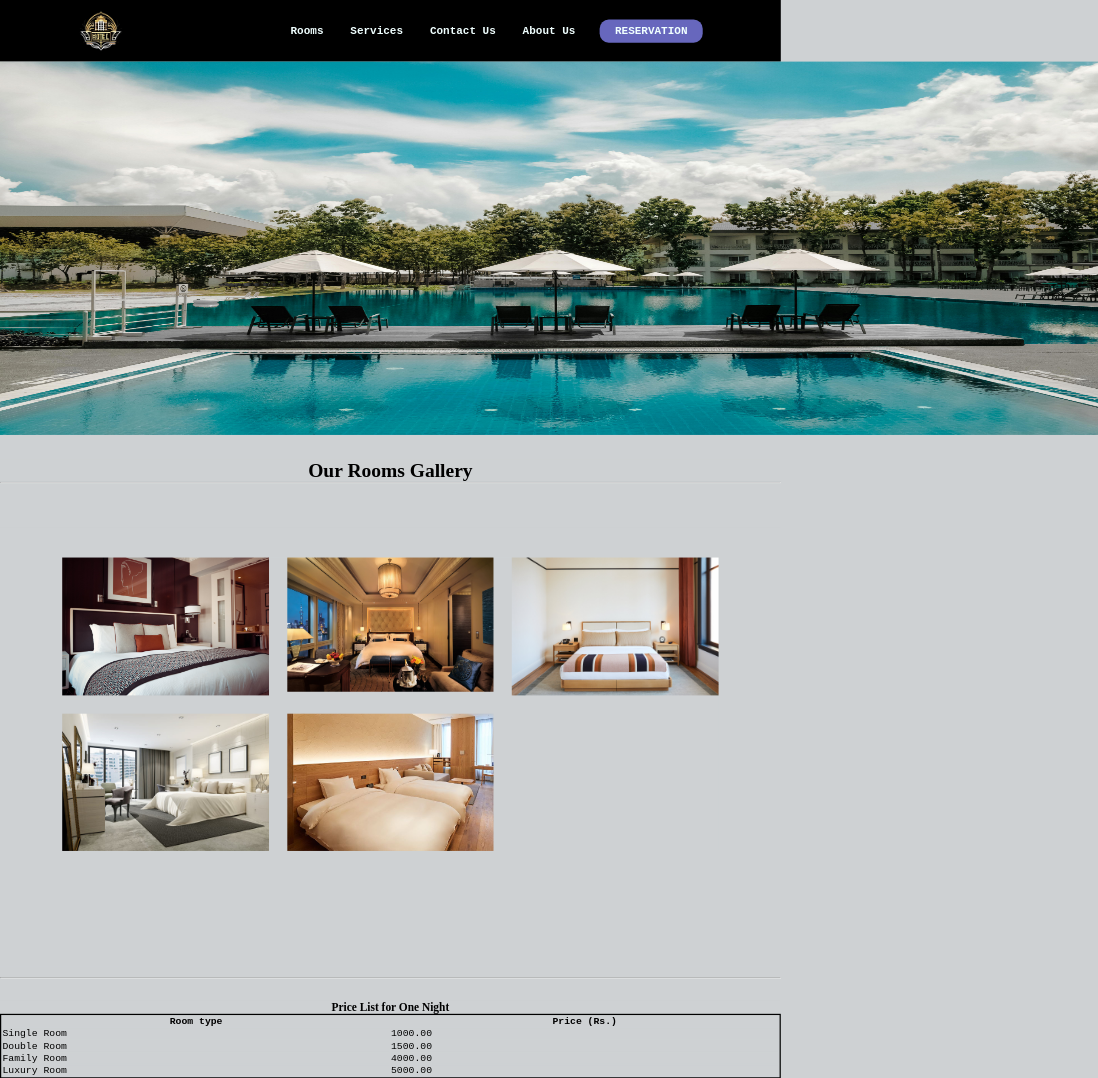
Repository: DhananjayaLakshan/Uom-Web_Design_For_Beginners
Page: Final Assignment/index.html
An editor plug-in stored every save of this project. The page is shown before and after the next save, followed by the edit.
The browser window is 1280 px wide. The page is 1800 px wide, so the pictures cover 1800 px, including what lies to the right of the window. The pictures show the whole page, at 61% of full size.

Above is the page before, as saved 2023-11-29 14:56:34.

### Final Assignment/index.html
<!DOCTYPE html>
<html lang="en">

<head>
    <meta charset="UTF-8">
    <meta name="viewport" content="width=device-width, initial-scale=1.0">
    <title>Ceylon Hotel</title>

    <link rel="stylesheet" href="style.css">
    <script src="script.js"></script>
</head>

<body>

    <header>
        <img class="logo" src="img/logo.png" alt="logo">

        <nav>
            <ul class="navBar">
                <li>
                    <a href="#"> Rooms</a>
                </li>

                <li>
                    <a href="#"> Services</a>
                </li>

                <li>
                    <a href="#"> Contact Us</a>
                </li>

                <li>
                    <a href="#"> About Us</a>
                </li>
            </ul>
        </nav>

        <a class="button" href="#"> <button>RESERVATION</button> </a>
    </header>

    <img class="coverImg" src="img/hotel-cover.jpg" alt="cover">

    <br><br><br>

    <h1 style="text-align: center;">Our Rooms Gallery</h1>
    <hr><br><br><br><br>

    <div class="container">

        <div class="gallery">
            <img src="img/room1.jpeg" alt="room1">
            <img src="img/room2.jpg" alt="room2">
            <img src="img/room3.jpg" alt="room3">
            <img src="img/room4.jpg" alt="room4">
            <img src="img/room5.jpg" alt="room5">
        </div>

    </div>
    <br>
    <hr><br><br>

    <h3 style="text-align: center;">Price List for One Night</h3>

    <table>

        <tr>
            <th>Room type</th>
            <th>Price (Rs.)</th>
        </tr>

        <tr>
            <td>Single Room</td>
            <td>1000.00</td>

        </tr>

        <tr>
            <td>Double Room</td>
            <td>1500.00</td>

        </tr>

        <tr>
            <td>Family Room</td>
            <td>4000.00</td>
        </tr>


        <tr>
            <td>Luxury Room</td>
            <td>5000.00</td>
        </tr>

    </table>



</body>

</html>

### Final Assignment/style.css
*{
    box-sizing: border-box;
    padding: 0;
    margin: 0;
    background-color: rgb(206, 209, 211);
}

li,a, button{
    font-family: 'Courier New', Courier, monospace;
    font-weight: 600;
    font-size: 18px;
    text-decoration: none;
    color: azure;
}

header{
    display: flex;
    justify-content: flex-end;
    align-items: center;
    padding: 13px 10%;
    background-color:black;

}

.logo{
    width: 75px;
    height: 75px;
    cursor: pointer;
    margin-right: auto;
    background-color: black;
}

.navBar{
    list-style: none;
    background-color: black;
}

.navBar li{
    display: inline-block;
    padding: 0px 20px;
    background-color:black;
}

.navBar li a {
    transition: all 0.3s ease 0s;
    background-color:black;
}

.navBar li a:hover{
    color: red;
}

button{
    padding: 9px 25px;
    background-color:rgb(103, 103, 189);
    border: none;
    border-radius: 15px;
    cursor:pointer;
    transition: all 0.3s ease 0s;
    margin-left: 20px;
}

button:hover{
    background-color: rgb(56, 39, 161);
}

.button{
background-color:black;
}


.cover{
    width: 100px;
    max-height: 500px;
}

.coverImg{
    width: 250vh;
    height: 85vh;
}

.container{
    width: 100%;
    min-height: 100vh;
    align-items:center;
    justify-content: center;
    padding: 50px 8%;
}

.gallery{
    display: grid;
    grid-template-columns: repeat(auto-fit,minmax(250px, 1fr));
    grid-gap: 30px;
}

.gallery img{
    width: 100%;
    transition: all 0.3s ease 0s;
}

.gallery img:hover{
    border: 5px solid blue;
}

table{
    width: 100%;
    font-family: 'Courier New', Courier, monospace;
    border:2px solid black;
}

Loaded but not shown: Final Assignment/script.js (no stored copy; drawn as an empty file)

After the next save:
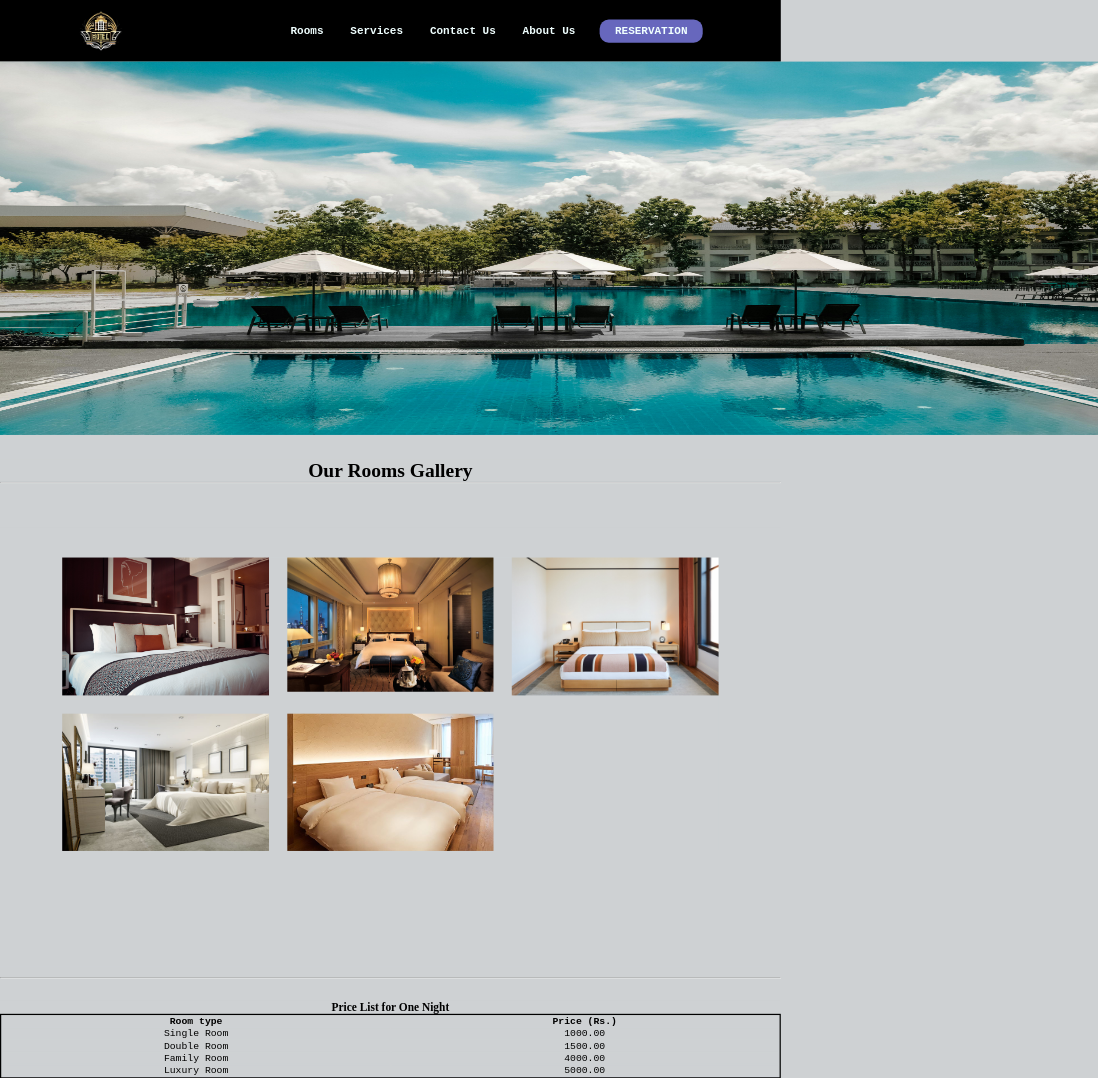
Saved 28 s later.
--- a/Final Assignment/style.css
+++ b/Final Assignment/style.css
@@ -107,3 +107,7 @@ table{
     font-family: 'Courier New', Courier, monospace;
     border:2px solid black;
 }
+
+table td,th{
+    text-align: center;
+}
